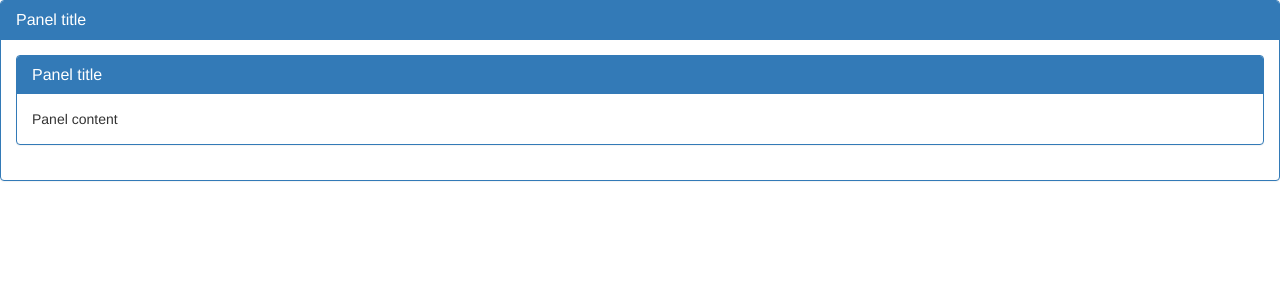
Repository: Bluesouls/eliauk.github.io
Page: Ajax学习笔记/day01/code/图书管理.html
The author's editor kept a copy of each file at every save. The page is drawn from the files as they stood at one save, then again after the next save.
The browser window is 1280 px wide. The pictures show the whole page.

Above is the page before, as saved 2022-04-24 16:54:41.
Console error (its wording comes from the project's code and is left out).

After the next save:
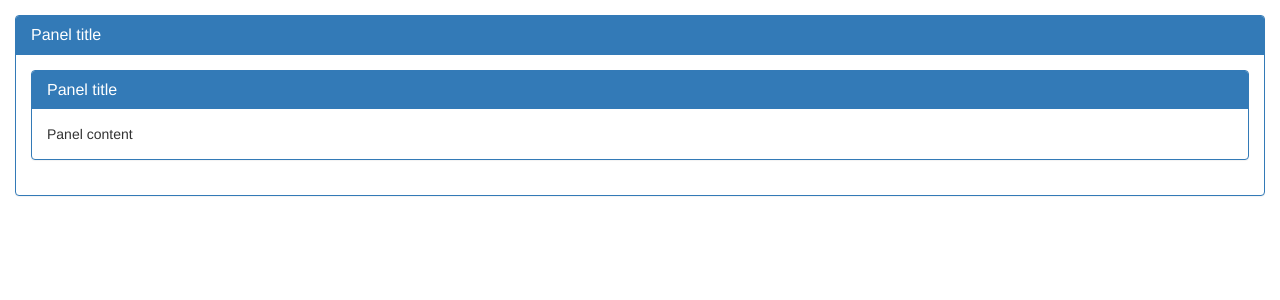
Saved 28 s later.
--- a/Ajax学习笔记/day01/code/图书管理.html
+++ b/Ajax学习笔记/day01/code/图书管理.html
@@ -8,7 +8,7 @@
   <script src="https://cdn.bootcss.com/bootstrap/3.3.7/js/bootstrap.js"></script>
   <title>图书管理</title>
 </head>
-<body>
+<body style="padding:15px">
 
   <div class="panel panel-primary">
       <div class="panel-heading">
